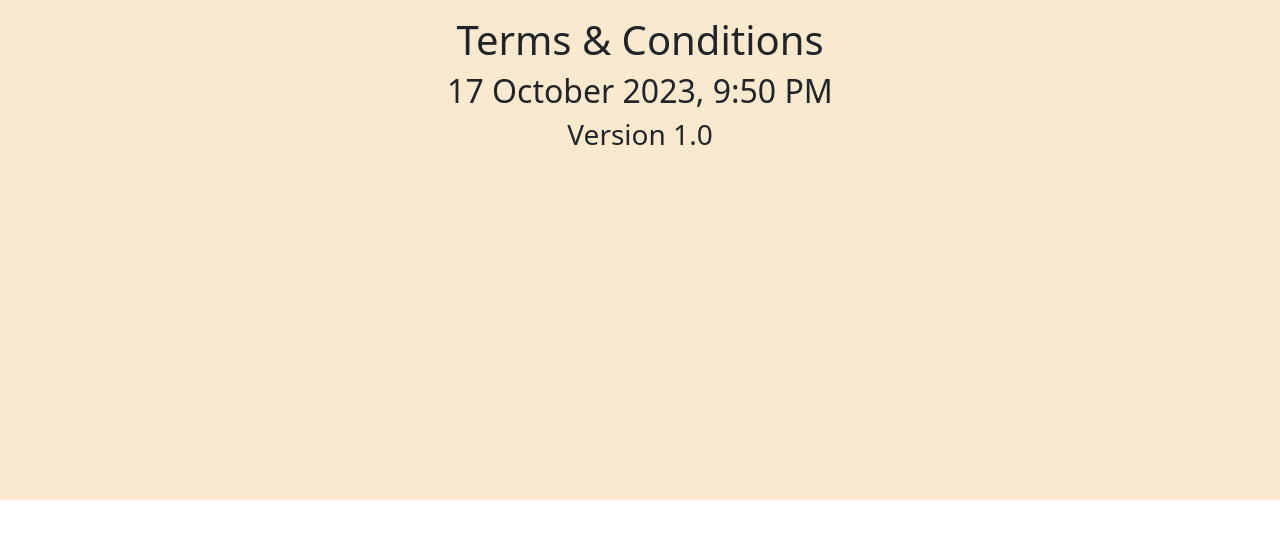
Repository: injectGroup/github.io
Page: terms.html
These files come from the project's save history. The page is drawn as it stood at one moment and after the next save; the edit follows.
The browser window is 1280 px wide. The pictures show the whole page.

Above is the page before, as saved 2023-11-29 12:50:09.

After the next save:
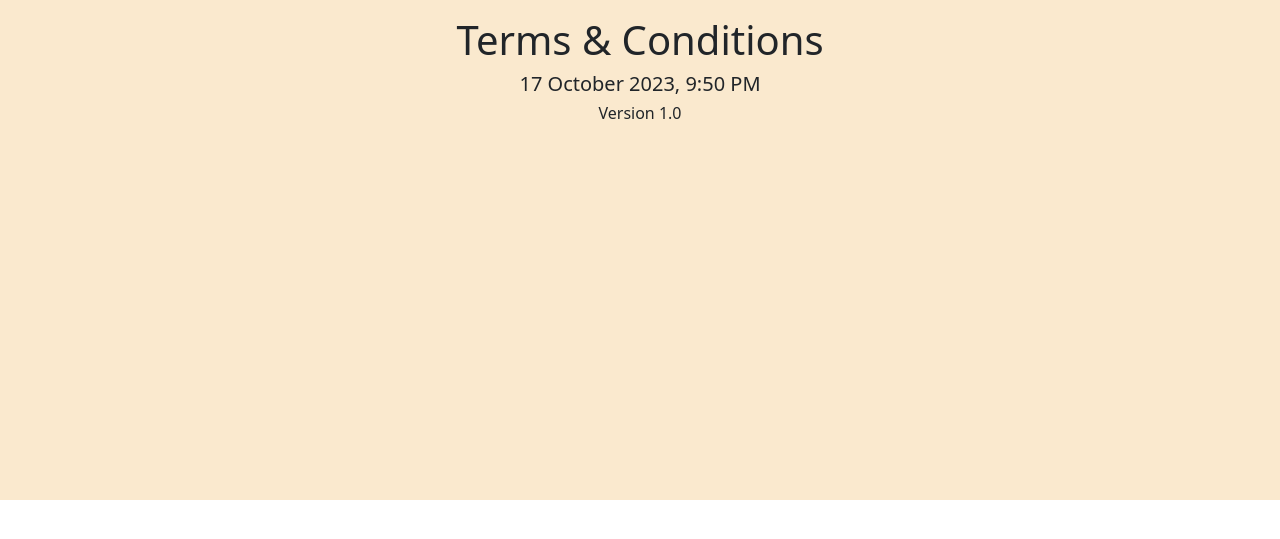
Saved 23 s later.
--- a/terms.html
+++ b/terms.html
@@ -20,12 +20,12 @@
                 <h1 class="text-center">
                     Terms & Conditions
                 </h1>
-                <h2 class="version-date">
+                <h5 class="version-date">
                     17 October 2023, 9:50 PM
-                </h2>
-                <h3 class="version">
+                </h5>
+                <h6 class="version">
                     Version <span class="version-number">1.0</span>
-                </h3>
+                </h6>
             </div>
         </div>
     </div>
